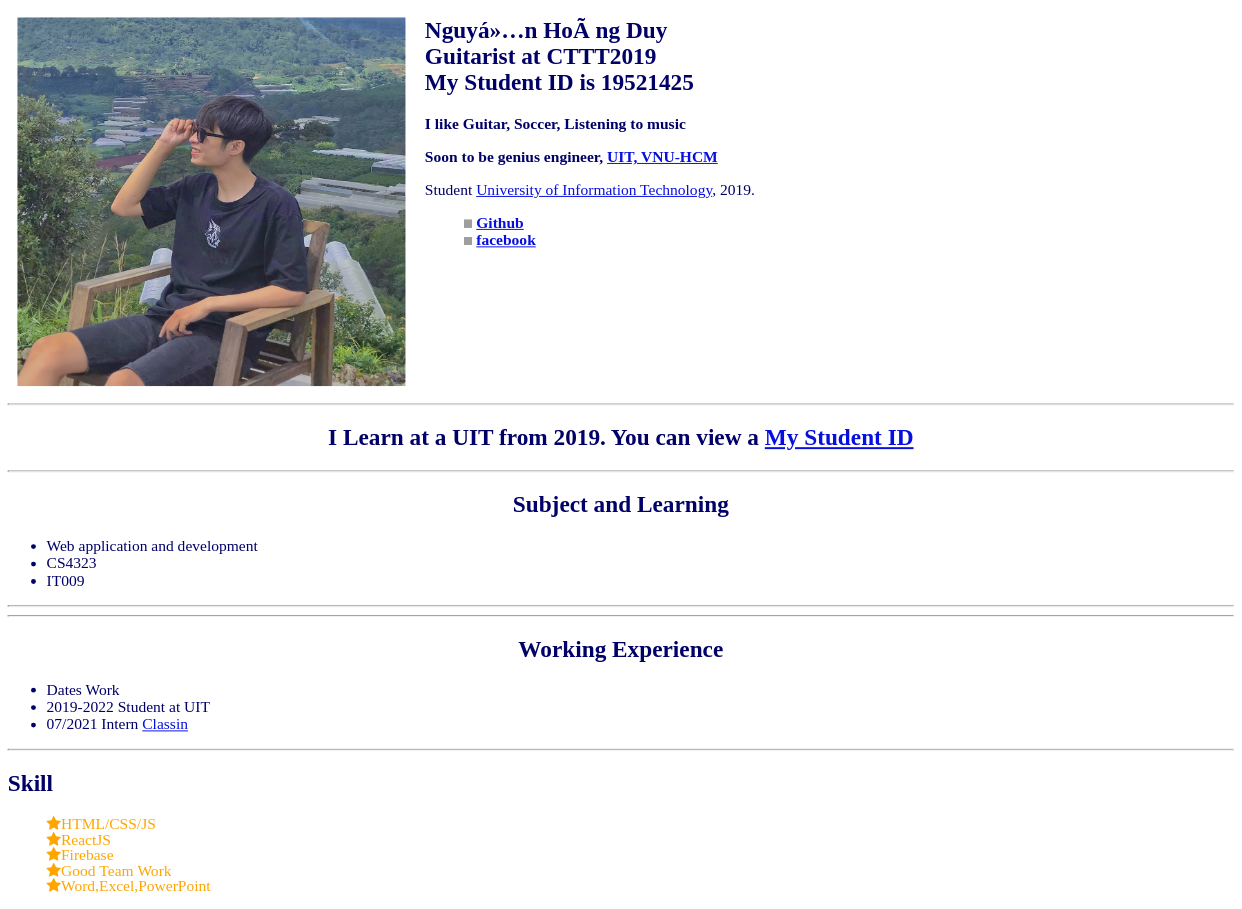
Repository: HoangDuy315/web-dev2022
Page: ex2.html
An editor plug-in stored every save of this project. The page is shown before and after the next save, followed by the edit.
The browser window is 1280 px wide. The pictures show the whole page, at 97% of full size.
Pictures or frames that could not be fetched are drawn as grey boxes.

Above is the page before, as saved 2022-09-22 15:22:30.

### ex2.html
<html>
    <head>
        <title>GnahYuD</title>
        <link rel="SHORTCUT ICON" href="images/cormen-tiny.jpg">
        <script charset="utf-8" src="https://platform.twitter.com/js/button.c6c95b9789db97ea1e9742d215fff751.js"></script>
        <link rel="stylesheet" href="ex2.css">
        <link rel="stylesheet" href="https://cdnjs.cloudflare.com/ajax/libs/font-awesome/4.7.0/css/font-awesome.min.css">
    </head>
<body text="#000068" link="#060FDF" vlink="#060FDF" alink="#DC24C5">

<!-- <TABLE CELLPADDING="10" CELLSPACING="0" WIDTH="475"> -->
<table cellpadding="10" cellspacing="0">
<tbody><tr valign="TOP">

<td valign="TOP" width="151">

<img class="duy" src="./123.JPG"><p>

</p></td>

<td valign="TOP">

<div><h2>Nguyễn Hoàng Duy<br>
Guitarist at CTTT2019<br>
My Student ID is 19521425
</h2>

<p>
<strong>I like  Guitar, Soccer, Listening to music</strong>
</p>

<p><strong>Soon to be genius engineer,
<a href="https://www.uit.edu.vn/">UIT, <a href="https://vnuhcm.edu.vn/">VNU-HCM</a></a>
</strong> </p>

<p>

Student <a href="https://www.uit.edu.vn/">University of Information Technology</a>, 2019.</p><p>

</p><dd>
<b>
<img src="images/yellowsq.gif" alt="*" width="9" height="9">
  <a href="https://github.com/HoangDuy315">Github</a><br>
<img src="images/yellowsq.gif" alt="*" width="9" height="9">
     <a href="https://www.facebook.com/profile.php?id=100007746304417">facebook</a></div>

</b>


</dd></td>
</tr>
</tbody></table>




<hr >
    <h2 class="yud">I Learn at a UIT from 2019.  You can view a <a href="https://student.uit.edu.vn/">My Student ID</a></h2>
</hr>

<hr>
    <h2 class="hi">Subject and Learning</h2>
    <ul>
        <li >Web application and development</li>
        <li >CS4323</li>
        <li >IT009</li>
    </ul>

<hr>

<hr>
    <h2 class="yud">Working Experience</h2>
    <ul>
        <li>Dates Work</li>
        <li>2019-2022 Student at UIT</li>
        <li>07/2021 Intern  <a href="https://www.classin.com/">Classin</a></li>
    </ul>
</hr>

<hr>
    <h2>Skill</h2>
    <ul>
        <li class="fa fa-star checked">HTML/CSS/JS</li><br>
        <li class="fa fa-star checked">ReactJS</li><br>
        <li class="fa fa-star checked">Firebase</li><br>
        <li class="fa fa-star checked">Good Team Work</li><br>
        <li class="fa fa-star checked">Word,Excel,PowerPoint</li>
    </ul>
</hr>

</script>

</body></html>

### ex2.css


.duy {
    color: blue;
    height: 380px;
    width: 400px;
}

.checked {
    color: orange;
}

.yud {
    text-align: center;
}

.yud .li {
    text-align: center;
}

.hi {

    text-align: center;
}

After the next save:
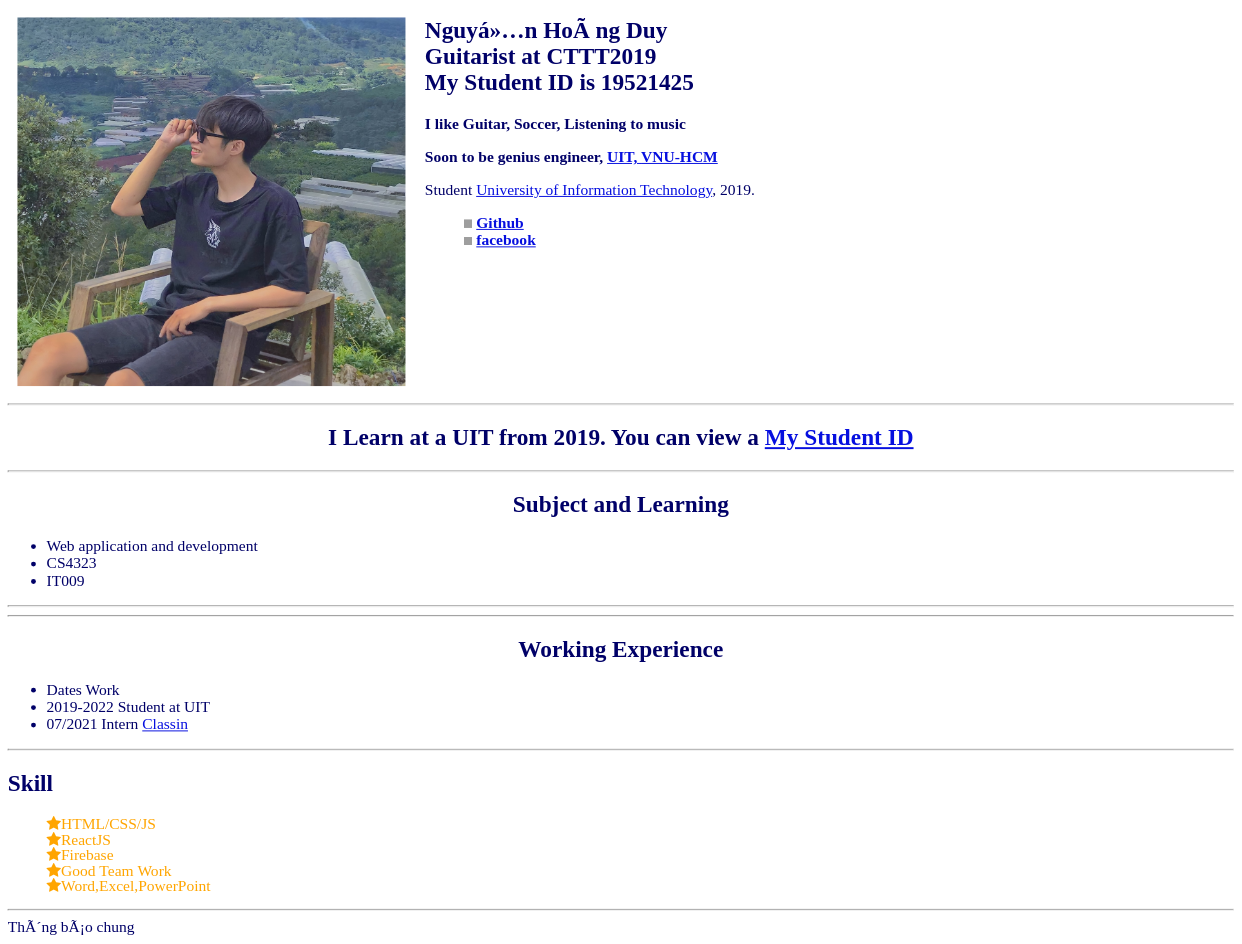
Saved 2 min 15 s later.
--- a/ex2.html
+++ b/ex2.html
@@ -88,6 +88,11 @@ Student <a href="https://www.uit.edu.vn/">University of Information Technology</
     </ul>
 </hr>
 
+
+<hr>
+    Thông báo chung
+</hr>
+
 </script>
 
 </body></html>
